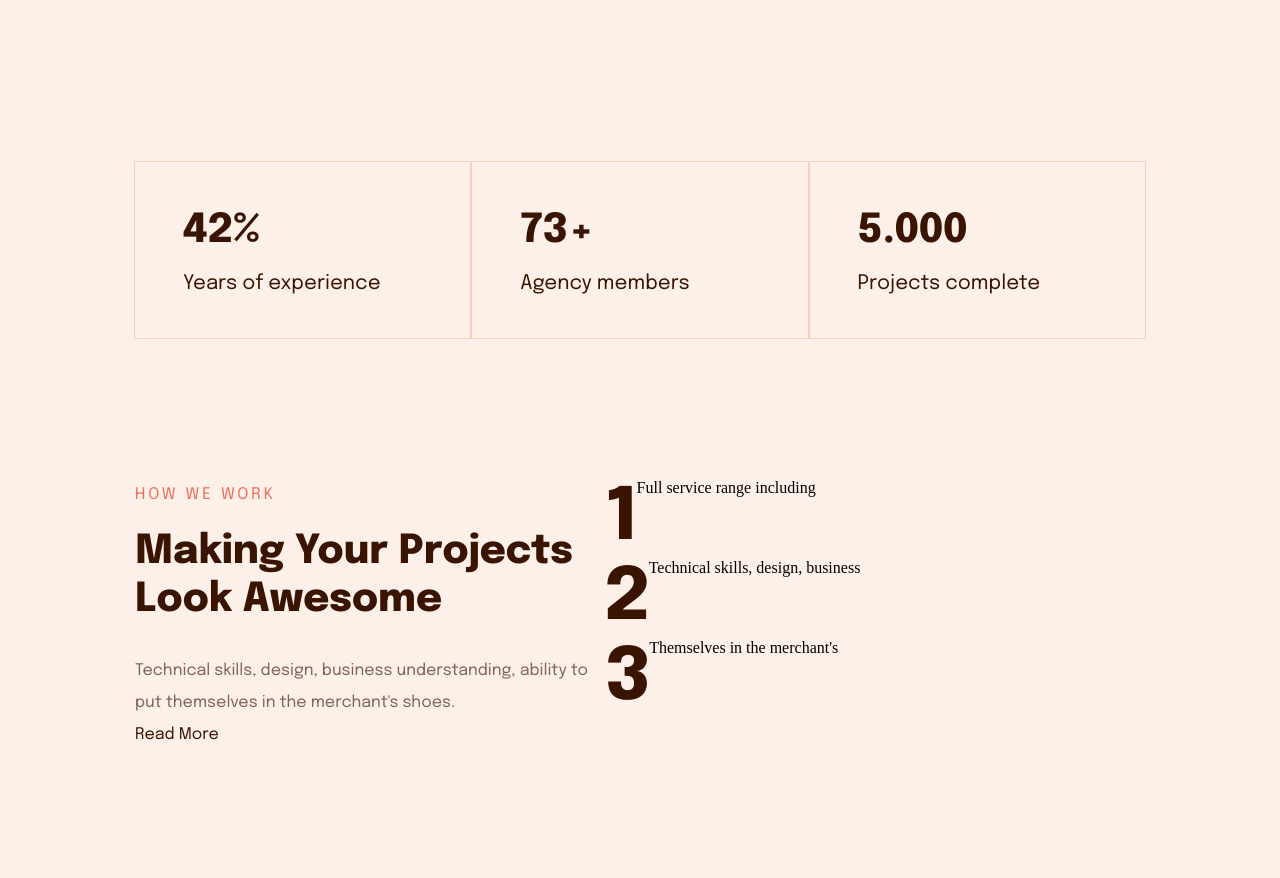
Repository: MehdiKerimov/Figma-task-7
Page: index.html
These files come from the project's save history. The page is drawn as it stood at one moment and after a run of saves; the edit follows.
The browser window is 1280 px wide. The pictures show the whole page.

Above is the page before, as saved 2023-08-30 12:16:45.

### index.html
<!DOCTYPE html>
<html lang="en">

<head>
    <meta charset="UTF-8">
    <meta name="viewport" content="width=device-width, initial-scale=1.0">
    <title>Document</title>
    <link rel="stylesheet" href="index.css">
</head>

<body>
    <div class="container">
        <div class="container-1">
            <ul>

                    <li>
                        <h1>42%</h1>
                        <p>Years of experience</p>
                    </li>


                    <li>
                        <h1>73+</h1>
                        <P>Agency members</P>
                    </li>


                    <li>
                        <h1>5.000</h1>
                        <p>Projects complete</p>
                    </li>

            </ul>
        </div>
        <div class="container-2">
            <div class="text-container">
                <h1>How we work</h1>
                <h2>Making Your Projects Look Awesome</h2>
                <p>Technical skills, design, business understanding, ability to put themselves in the merchant's shoes.</p>
                <a href="">Read More</a>
            </div>
            <ul>
               <li>
                <h1>1</h1>
                <p>Full service range including</p>
               </li>
               <li>
                <h1>2</h1>
                <p>Technical skills, design, business</p>
               </li>
               <li>
                <h1>3</h1>
                <p>Themselves in the merchant's</p>
               </li>
            </ul>

        </div>
    </div>


</body>

</html>

### index.css
@import url("https://fonts.googleapis.com/css2?family=Epilogue:wght@400;800&display=swap");
* {
  padding: 0;
  margin: 0;
  box-sizing: border-box;
}
.container {
  background: #fdf0e9;
  min-height: 100vh;
}
.container-1 {
  padding: 161px 134px 140px 134px;
}

.container-1 .box-1 {
  width: 391px;
  height: 176px;
  border-radius: 6px 0px 0px 6px;
}
.container-1 ul {
  display: flex;
}
.container-1 ul li {
  list-style-type: none;
  width: 33.33%;
  border: 1px solid #f3d1bf;
  padding: 45px 0 38px 48px;
}
.container-1 ul li h1 {
  color: var(--text-dark, #391400);
  font-feature-settings: "clig" off, "liga" off;
  font-family: Epilogue;
  font-size: 40px;
  font-style: normal;
  font-weight: 800;
  line-height: 48px;
}
.container-1 ul li p {
  margin-top: 13px;
  color: var(--text-dark, #391400);
  font-feature-settings: "clig" off, "liga" off;
  font-family: Epilogue;
  font-size: 20px;
  font-style: normal;
  font-weight: 400;
  line-height: 32px;
}
.container-1 .box-1 li h1 {
  padding: 45px 0px 13px 48px;
}
.container-1 .box-1 li p {
  margin-left: 48px;
}
.container-1 .box-3 li p {
  margin-left: 48px;
  color: var(--text-dark, #391400);
  font-feature-settings: "clig" off, "liga" off;
  font-family: Epilogue;
  font-size: 20px;
  font-style: normal;
  font-weight: 400;
  line-height: 32px;
}
.container-2{
    padding: 0 203px 127px 135px;
    display: flex;
}
.container-2 .text-container h1 {
  color: var(--text-dark-accent, #ef6d58);
  font-feature-settings: "clig" off, "liga" off;
  font-family: Epilogue;
  font-size: 16px;
  font-style: normal;
  font-weight: 400;
  line-height: 32px;
  letter-spacing: 3px;
  text-transform: uppercase;
}
.container-2 .text-container h2 {
    margin-top: 17px;
    margin-bottom: 31px;
    width: 448px;
  color: var(--text-dark, #391400);
  font-feature-settings: "clig" off, "liga" off;
  font-family: Epilogue;
  font-size: 40px;
  font-style: normal;
  font-weight: 800;
  line-height: 48px;
}
.container-2 .text-container p {
    width: 470px;
  color: var(--text-dark-gray, rgba(57, 20, 0, 0.64));
  font-feature-settings: "clig" off, "liga" off;
  font-family: Epilogue;
  font-size: 16px;
  font-style: normal;
  font-weight: 400;
  line-height: 32px;
}
.container-2 .text-container a {
    margin-top: 28px;
  color: var(--text-dark, #391400);
  font-feature-settings: "clig" off, "liga" off;
  font-family: Epilogue;
  font-size: 16px;
  font-style: normal;
  font-weight: 400;
  line-height: 32px;
  text-decoration: none;
}

.container-2 ul li  {
display: flex;
}
.container-2 ul li h1{
    color: #391400;
font-feature-settings: 'clig' off, 'liga' off;

/* H1 */
font-family: Epilogue;
font-size: 72px;
font-style: normal;
font-weight: 800;
line-height: 80px; /* 111.111% */
letter-spacing: -2px;
}
.container-2 ul li p{

}

After the next 2 saves:
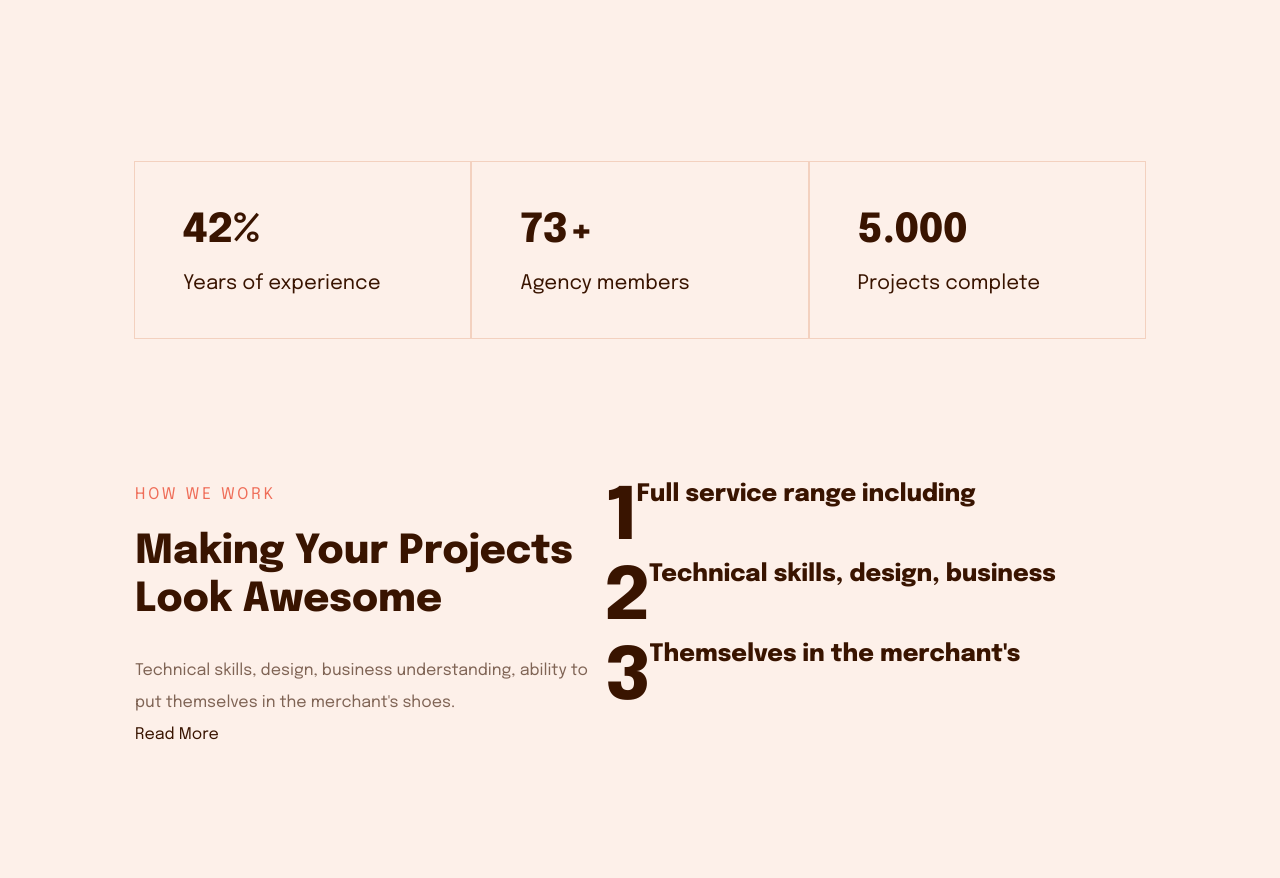
The 2 saves are shown as one change because they came seconds apart.
The last was saved 9 s later.
--- a/index.css
+++ b/index.css
@@ -126,5 +126,13 @@ line-height: 80px; /* 111.111% */
 letter-spacing: -2px;
 }
 .container-2 ul li p{
+    color: var(--text-dark, #391400);
+font-feature-settings: 'clig' off, 'liga' off;
 
+/* H4 */
+font-family: Epilogue;
+font-size: 24px;
+font-style: normal;
+font-weight: 700;
+line-height: 32px; /* 133.333% */
 }
